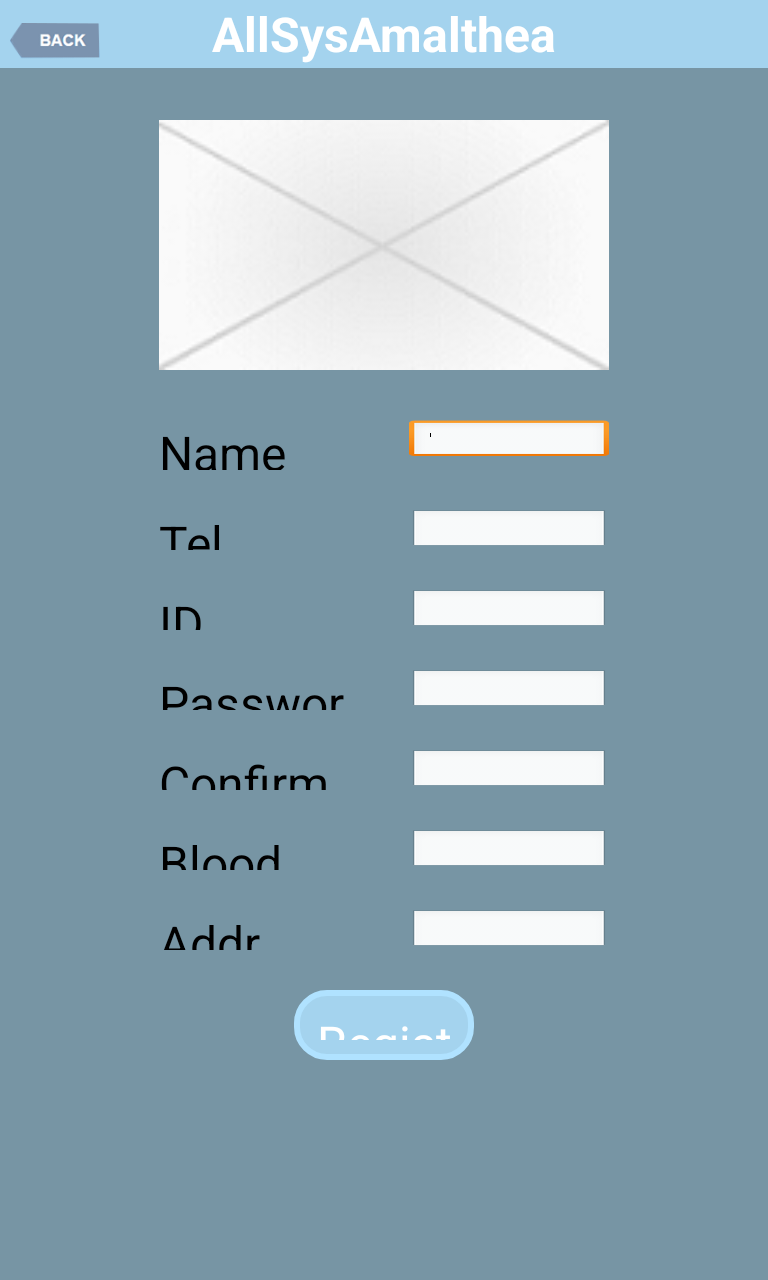
Repository: AllSysAmalthea/AllSys
Layout: APP/AppUI code/代码/Allsys/res/layout/activity_register.xml
The author's editor kept a copy of each file at every save. The layout is drawn from the files as they stood at one save, then again after the next save.
It is drawn on a 768 x 1280 px phone screen (xhdpi) without system bars, with theme android:Theme.NoTitleBar; the app's code is not run.

Above is the layout before, as saved 2015-06-08 02:41:03.

After the next save:
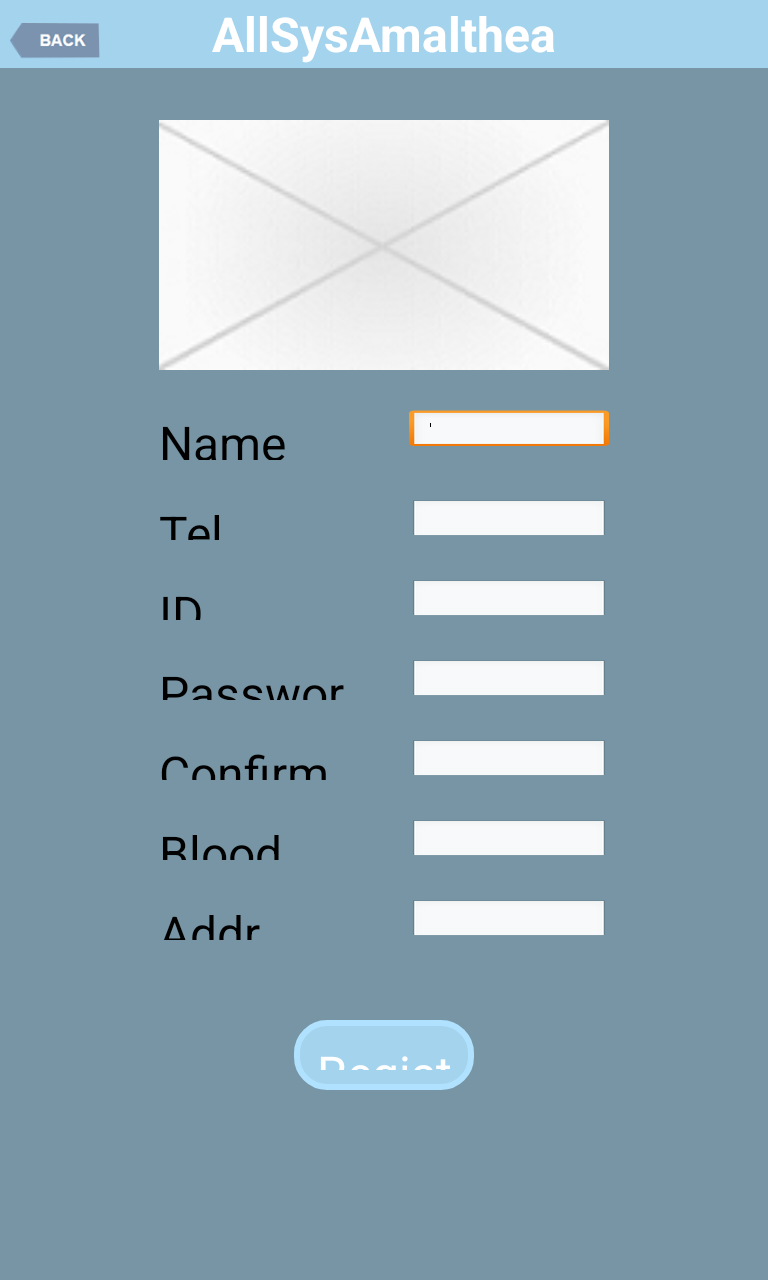
Saved 51 s later.
--- a/APP/AppUI code/代码/Allsys/res/layout/activity_register.xml
+++ b/APP/AppUI code/代码/Allsys/res/layout/activity_register.xml
@@ -43,7 +43,7 @@
          android:layout_height="50px"
          android:layout_alignLeft="@+id/myImageView1"
          android:layout_below="@+id/myImageView1"
-         android:layout_marginTop="25dp"
+         android:layout_marginTop="20dp"
          android:textColor="#000000"
          android:textSize="24sp"
          android:text="Name" />
@@ -174,7 +174,7 @@
 	    android:layout_height="70px"
 	    android:layout_below="@+id/textView7"
 	    android:layout_centerHorizontal="true"
-	    android:layout_marginTop="20dp"
+	    android:layout_marginTop="40dp"
 	    android:background="@drawable/shape3"
 	    android:text="Register"
 	    android:textColor="#ffffff"
